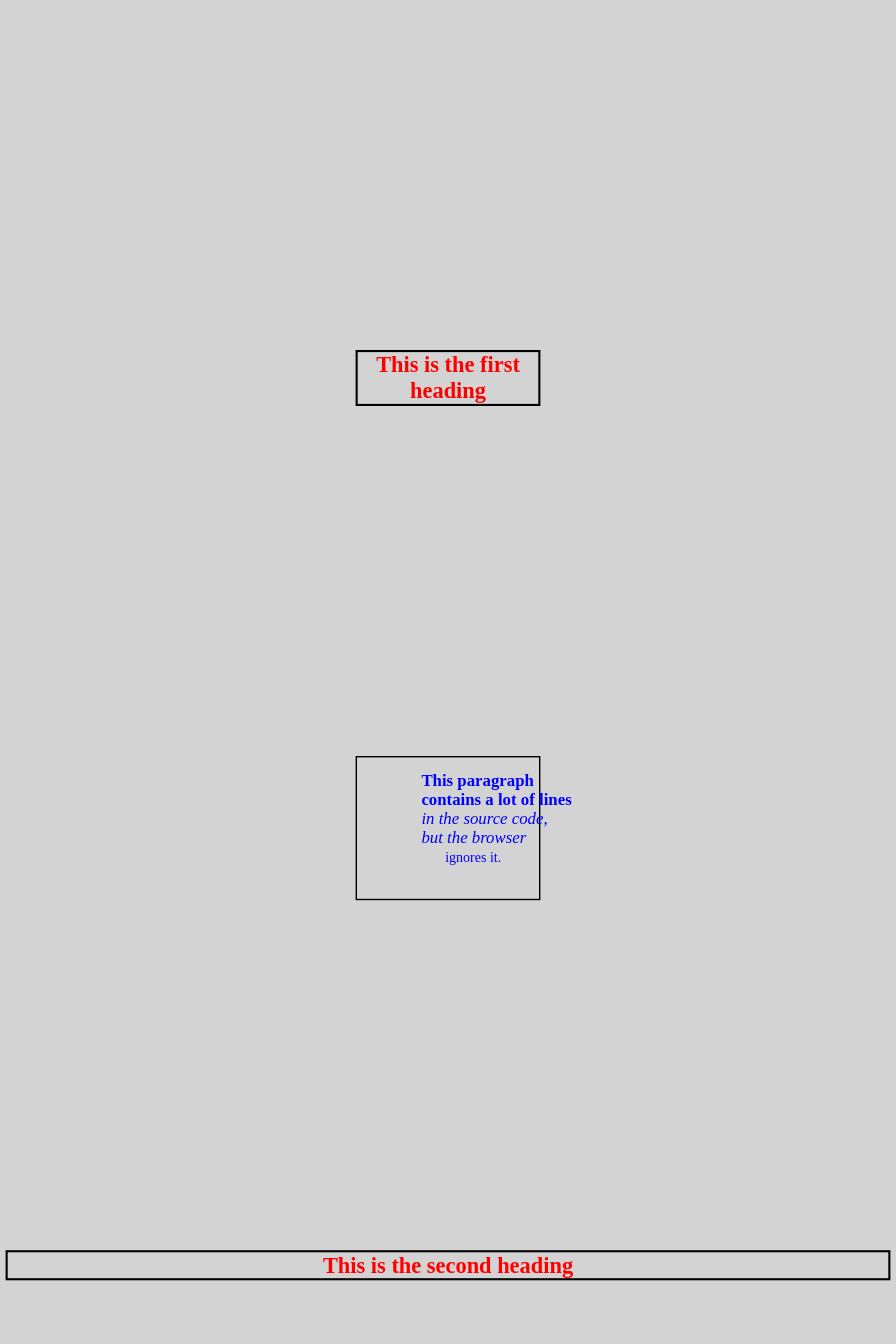
Repository: zRush1202/LoginPage-demo
Page: ex_html/index.html
The author's editor kept a copy of each file at every save. The page is drawn from the files as they stood at one save, then again after the next save.
The browser window is 1280 px wide. The pictures show the part of the page from y = 0 to 1920 px (the page is 3326 px tall before and 3089 px after), at 70% of full size.

Above is the page before, as saved 2023-09-06 17:45:54.

### ex_html/index.html
<!DOCTYPE html>
<html lang="en">
<head>
    <meta charset="UTF-8">
    <meta name="viewport" content="width=device-width, initial-scale=1.0">
    <title>Learning HTML</title>
    <link rel="stylesheet" href="style.css">
</head>
<body>
    <h1>This is the first heading</h1>
        <pre title="I'm a tooltip">
            <b>This paragraph</b>
            <strong>contains a lot of lines</strong>
            <i>in the source code,</i>
            <em>but the browser</em>
            <small>ignores it.</small>
        </pre>
    <h2>This is the second heading</h2>
        <pre>
            This <mark>paragraph</mark>
            contains <del>a lot of</del> <ins>spaces</ins>
            in the source <sub>code</sub>,
            but the <sup>browser</sup>
            ignores it.
        </pre>
        <!--
        <p>Here is the quote from youtube website:</p>
        <blockquote cite="https://www.youtube.com/">
            Lorem ipsum dolor sit amet consectetur adipisicing elit.
            Deleniti alias tempora labore laudantium veritatis enim beatae
            voluptatibus ipsum sit qui maiores dicta repudiandae libero eaque
            pariatur perspiciatis, distinctio cupiditate magni.
        </blockquote>
        <p>Youtube's goal is to: <q>Watch video!</q></p>
        <p>The <abbr title="World Health Organization">WHO</abbr> was founded in 1948.</p>
        <address>
            Written by John Doe.<br>
            Visit us at:<br>
            Example.com<br>
            Box 564, Disneyland<br>
            USA
        </address>
        <p><cite>The Scream</cite> by Edvard Munch. Painted in 1893.</p>
        <bdo dir="rtl">This text will be written from right to left</bdo>
        -->
        <a href="https://www.youtube.com/"> Click to Youtube</a>
        <br>
        <img src="https://inkythuatso.com/uploads/images/2021/10/youtube-logo-inkythuatso-01-27-14-06-56.jpg" alt="Yae Miko" width="450" height="250">
        <br>

</body>
</html>

<!-- <!DOCTYPE html>
<html>
    <head>
        <title>
            Page Title!
        </title>
    </head>
    <body>
        <h1>First heading</h1>
        <p>First paragraph</p>
    </body>
</html> -->

### ex_html/style.css
body {
    background-color: lightgray;
  }
  h1 {
    color: red;
    border: 3px solid black;
    margin: 500px;
    text-align: center;
    font-size: 200%;
    font-family:'Times New Roman', Times, serif;
  }
  h2 {
    color: red;
    border: 3px solid black;
    text-align: center;
    font-size: 200%;
    font-family:'Times New Roman', Times, serif;
  }
  p {
    color: blue;
    text-align: center;
    font-size: 150%;
    font-family: 'Times New Roman', Times, serif;
  }

  pre {
    color: blue;
    border: 2px solid black;
    padding: 20px;
    margin: 500px;
    text-align: center;
    font-size: 150%;
    font-family: 'Times New Roman', Times, serif;
  }

After the next save:
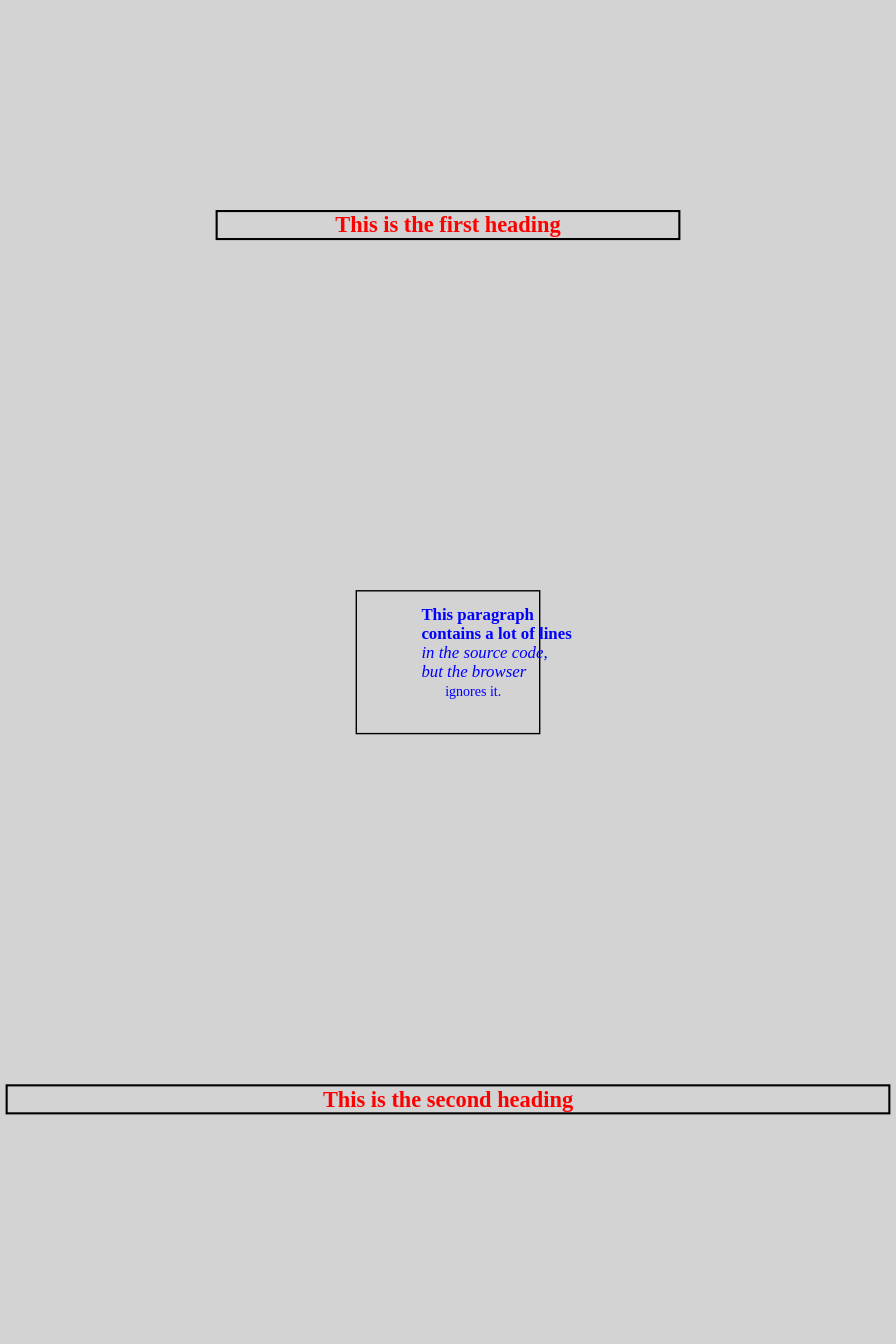
Saved 16 s later.
--- a/ex_html/style.css
+++ b/ex_html/style.css
@@ -4,7 +4,7 @@ body {
   h1 {
     color: red;
     border: 3px solid black;
-    margin: 500px;
+    margin: 300px;
     text-align: center;
     font-size: 200%;
     font-family:'Times New Roman', Times, serif;
